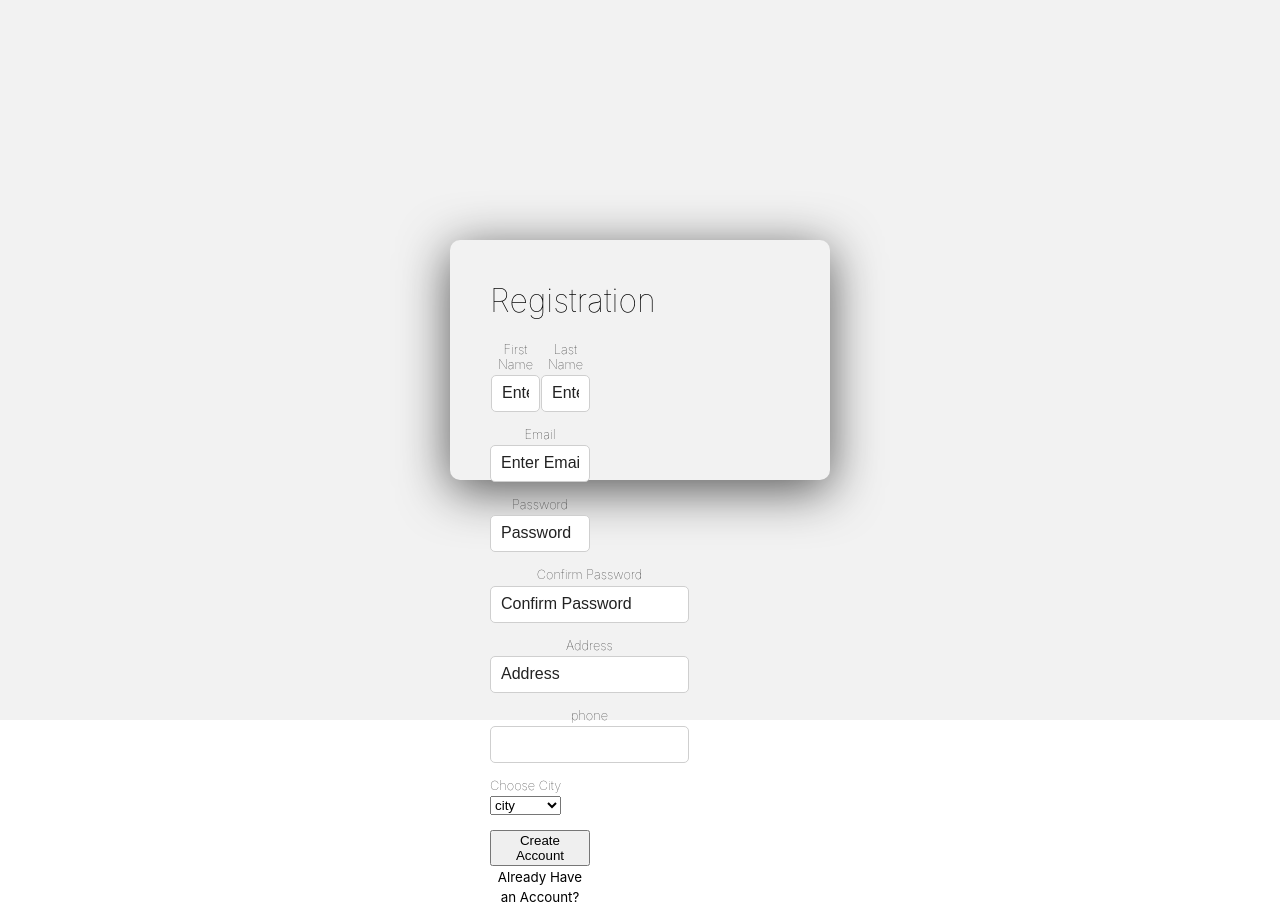
Repository: Fortune-Labs/Event-management-system-CapstoneG3
Page: / (app in frontend/)
The author's editor kept a copy of each file at every save. The page is drawn from the files as they stood at one save, then again after the next save.
The browser window is 1280 px wide. The pictures show the whole page.
The project was rebuilt for these pictures with package versions that can differ from the ones it lists, and the page was loaded fresh each time.

Above is the page before, as saved 2020-09-02 23:51:59.

### frontend/src/App.js
import React from "react";
import "./App.css";
import Register from "./components/LoginSignup/register";

function App() {
  return (
    <div className="App">
      <Register />
    </div>
  );
}

export default App;

### frontend/src/components/LoginSignup/register.jsx
import React from "react";
import "./style.css";

export default class Register extends React.Component {
  constructor(props) {
    super(props);
  }

  render() {
    return (
      <div className="wrapper">
        <div className="form-wrapper">
          <h1>Registration</h1>
          <form onSubmit={this.handleSubmit} noValidate>
            <div className="firstName">
              <label htmlFor="firstName">First Name</label>
              <input
                type="text"
                name="firstName"
                placeholder="Enter First Name"
                noValidate
                onChange={this.handleChange}
              />
            </div>
            <div className="lastName">
              <label htmlFor="lastName">Last Name</label>
              <input
                type="text"
                name="lastName"
                placeholder="Enter Last name"
                noValidate
                onChange={this.handleChange}
              />
            </div>
            <div className="email">
              <label htmlFor="email">Email</label>
              <input
                type="text"
                name="email"
                placeholder="Enter Email"
                noValidate
                onChange={this.handleChange}
              />
            </div>
            <div className="password">
              <label htmlFor="password">Password</label>
              <input
                type="password"
                name="password"
                placeholder="Password"
                noValidate
                onChange={this.handleChange}
              />
            </div>
            <div className="cpassword">
              <label htmlFor="cpassword">Confirm Password</label>
              <input
                type="password"
                name="cpassword"
                placeholder="Confirm Password"
                noValidate
                onChange={this.handleChange}
              />
            </div>

            <div className="address">
              <label htmlFor="address">Address</label>
              <input
                type="text"
                name="address"
                placeholder="Address"
                noValidate
                onChange={this.handleChange}
              />
            </div>

            <div className="phone">
              <label htmlFor="phone">phone</label>
              <input
                type="phone"
                name="phone"
                placeholder=""
                noValidate
                onChange={this.handleChange}
              />
            </div>

            <div className="city">
              <label htmlFor="city">Choose City</label>
              <select
                id="city"
                name="city"
                noValidate
                onChange={this.handleChange}
              >
                <option value="" disabled selected hidden>
                  city
                </option>
                <option value="acc">Accra</option>
                <option value="tma">Tamale</option>
                <option value="ksi">Kumasi</option>
              </select>
            </div>

            <div className="register action-counter">
              <button onClick={this.register} type="submit" className="btn">
                Create Account
              </button>
              <small>Already Have an Account?</small>
            </div>
          </form>
        </div>
      </div>
    );
  }
}

### frontend/src/components/LoginSignup/style.css
.wrapper {
  height: 100vh;
  width: 100%;
  display: flex;
  flex-direction: column;
  justify-content: center;
  align-items: center;
  background-color: hsl(0, 0%, 95%);
}

.form-wrapper {
  width: 300px;
  height: 200px;
  display: flex;
  flex-direction: column;
  padding: 20px 40px;
  border-radius: 10px;
  box-shadow: 0px 10px 50px #555;
}

form {
  width: 100px;
  display: flex;
  flex-wrap: wrap;
}
h1 {
  text-align: center;
  width: 100px;
  font-weight: lighter;
  font-family: -apple-system, BlinkMacSystemFont, "Segoe UI", Roboto, Oxygen,
    Ubuntu, Cantarell, "Open Sans", "Helvetica Neue", sans-serif;
}

label {
  font-size: 0.8em;
  margin-bottom: 0.25em;
  color: #222;
  font-weight: lighter;
}

input {
  padding: 10px 10px;
  border-radius: 5px;
  outline: none;
  border: 1px solid #cfcfcf;
}

input::placeholder {
  font-size: 1.2em;
  font-weight: lighter;
  color: #222;
}

input.error {
  border: 1px solid red;
}

.errorMessage {
  color: red;
  font-size: 0.57em;
  display: relative;
}

.firstName {
  margin-right: 1%;
}
.firstName {
  margin-left: 1%;
}

.firstName,
.lastName,
.email,
.password,
.cpassword,
.phone,
.address,
.city {
  display: flex;
  flex-direction: column;
  margin-bottom: 15px;
}

.firstName,
.lastName {
  width: 49%;
}

.email,
.password {
  width: 100%;
}

Loaded but not shown: frontend/public/index.html (common file); frontend/src/index.js (common file); frontend/src/index.css (common file); frontend/src/serviceWorker.js (common file); frontend/src/App.css (common file)

After the next save:
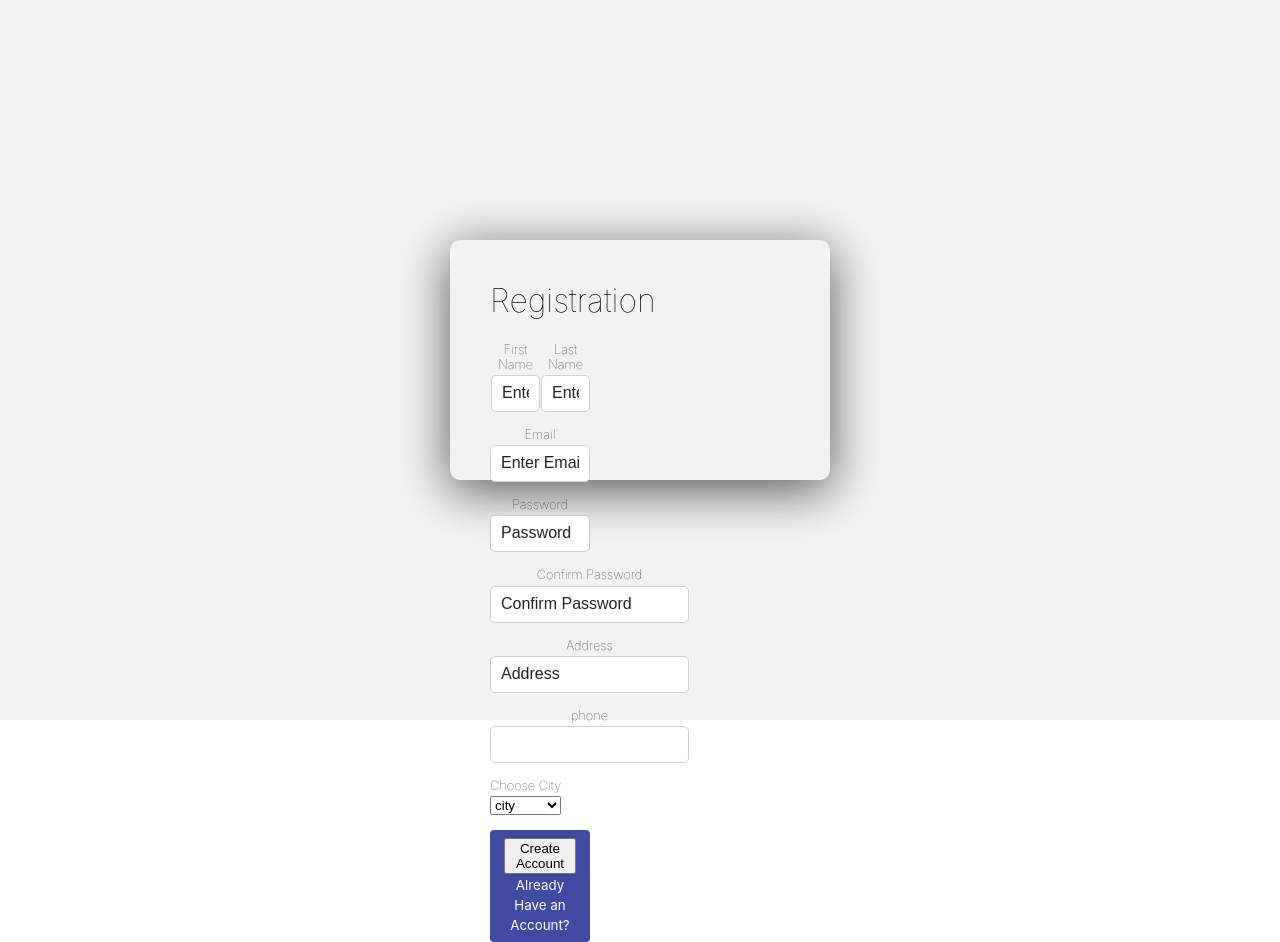
Saved 67 s later.
--- a/frontend/src/components/LoginSignup/style.css
+++ b/frontend/src/components/LoginSignup/style.css
@@ -90,3 +90,12 @@ input.error {
 .password {
   width: 100%;
 }
+
+.register {
+  background-color: #414aa1;
+  color: white;
+  padding: 8px 14px;
+  border: none;
+  border-radius: 4px;
+  cursor: pointer;
+}
